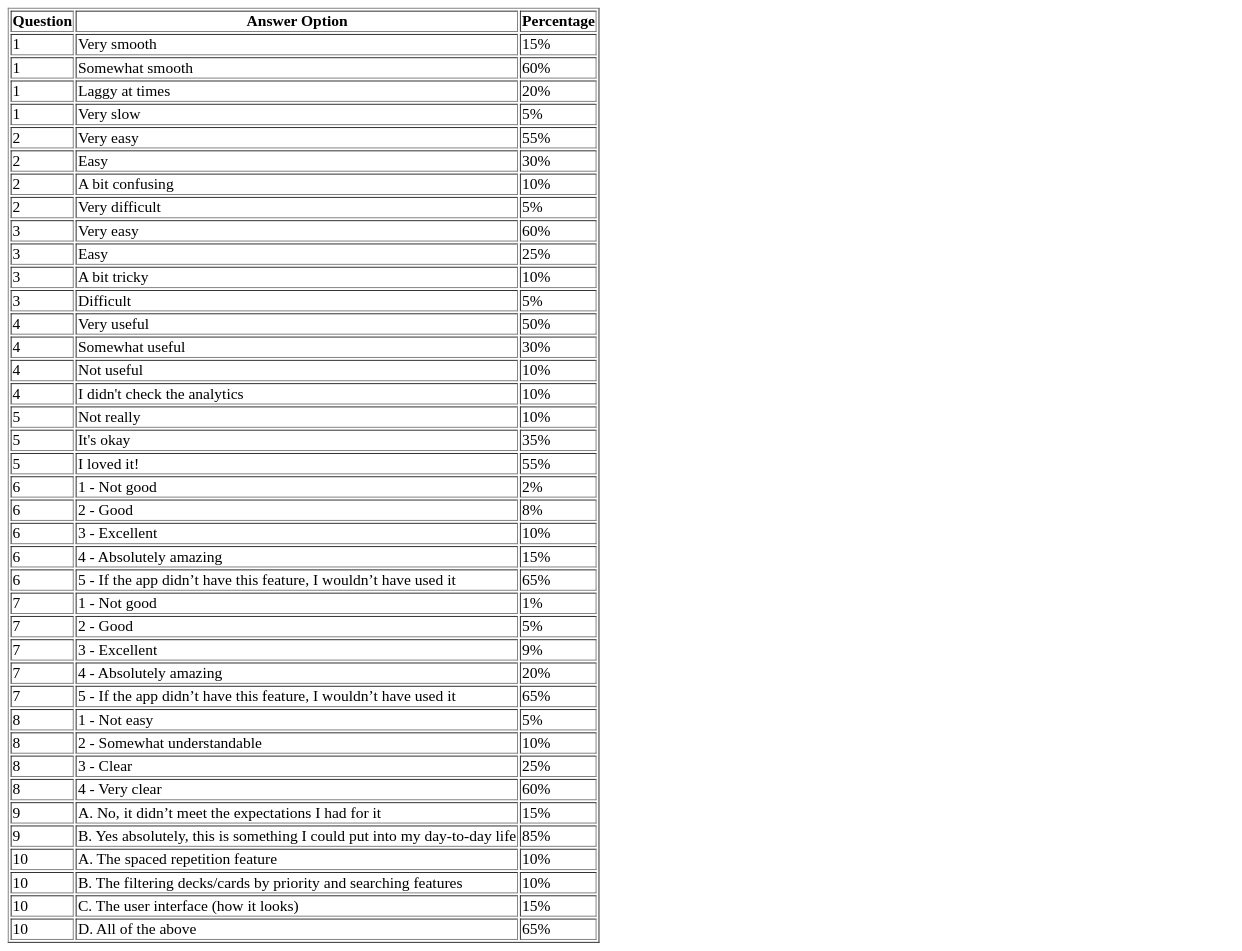
Repository: KetchupEater24/CS-NEA
Page: lol.html
The author's editor kept a copy of each file at every save. The page is drawn from the files as they stood at one save, then again after the next save.
The browser window is 1280 px wide. The pictures show the whole page, at 97% of full size.

Above is the page before, as saved 2025-04-26 02:54:49.

After the next save:
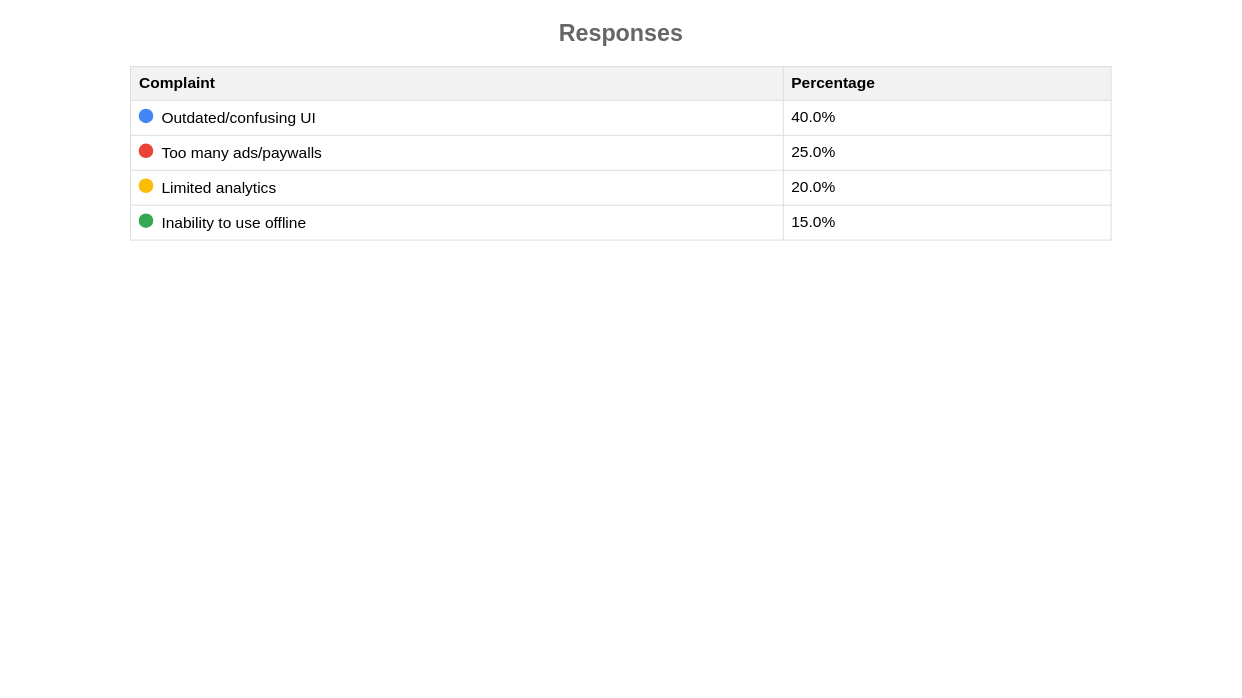
Saved 7 min 28 s later.
--- a/lol.html
+++ b/lol.html
@@ -1,69 +1,68 @@
-<table border="1">
+<!DOCTYPE html>
+<html lang="en">
+<head>
+  <meta charset="UTF-8">
+  <title>Survey Data - User Complaints</title>
+  <style>
+    table {
+      border-collapse: collapse;
+      width: 80%;
+      margin: 20px auto;
+      font-family: Arial, sans-serif;
+    }
+    th, td {
+      border: 1px solid #ddd;
+      padding: 8px;
+      text-align: left;
+    }
+    th {
+      background-color: #f2f2f2;
+    }
+    .color-indicator {
+      display: inline-block;
+      width: 15px;
+      height: 15px;
+      margin-right: 8px;
+      border-radius: 50%;
+    }
+    .blue { background-color: #4285F4; }
+    .red { background-color: #EA4335; }
+    .yellow { background-color: #FBBC05; }
+    .green { background-color: #34A853; }
+    h2 {
+      text-align: center;
+      color: #666;
+      font-family: Arial, sans-serif;
+    }
+  </style>
+</head>
+<body>
+  <h2>Responses</h2>
+  <table>
     <thead>
       <tr>
-        <th>Question</th>
-        <th>Answer Option</th>
+        <th>Complaint</th>
         <th>Percentage</th>
       </tr>
     </thead>
     <tbody>
-      <!-- Question 1 -->
-      <tr><td>1</td><td>Very smooth</td><td>15%</td></tr>
-      <tr><td>1</td><td>Somewhat smooth</td><td>60%</td></tr>
-      <tr><td>1</td><td>Laggy at times</td><td>20%</td></tr>
-      <tr><td>1</td><td>Very slow</td><td>5%</td></tr>
-
-      <!-- Question 2 -->
-      <tr><td>2</td><td>Very easy</td><td>55%</td></tr>
-      <tr><td>2</td><td>Easy</td><td>30%</td></tr>
-      <tr><td>2</td><td>A bit confusing</td><td>10%</td></tr>
-      <tr><td>2</td><td>Very difficult</td><td>5%</td></tr>
-
-      <!-- Question 3 -->
-      <tr><td>3</td><td>Very easy</td><td>60%</td></tr>
-      <tr><td>3</td><td>Easy</td><td>25%</td></tr>
-      <tr><td>3</td><td>A bit tricky</td><td>10%</td></tr>
-      <tr><td>3</td><td>Difficult</td><td>5%</td></tr>
-
-      <!-- Question 4 -->
-      <tr><td>4</td><td>Very useful</td><td>50%</td></tr>
-      <tr><td>4</td><td>Somewhat useful</td><td>30%</td></tr>
-      <tr><td>4</td><td>Not useful</td><td>10%</td></tr>
-      <tr><td>4</td><td>I didn't check the analytics</td><td>10%</td></tr>
-
-      <!-- Question 5 -->
-      <tr><td>5</td><td>Not really</td><td>10%</td></tr>
-      <tr><td>5</td><td>It's okay</td><td>35%</td></tr>
-      <tr><td>5</td><td>I loved it!</td><td>55%</td></tr>
-
-      <!-- Question 6 -->
-      <tr><td>6</td><td>1 - Not good</td><td>2%</td></tr>
-      <tr><td>6</td><td>2 - Good</td><td>8%</td></tr>
-      <tr><td>6</td><td>3 - Excellent</td><td>10%</td></tr>
-      <tr><td>6</td><td>4 - Absolutely amazing</td><td>15%</td></tr>
-      <tr><td>6</td><td>5 - If the app didn’t have this feature, I wouldn’t have used it</td><td>65%</td></tr>
-
-      <!-- Question 7 -->
-      <tr><td>7</td><td>1 - Not good</td><td>1%</td></tr>
-      <tr><td>7</td><td>2 - Good</td><td>5%</td></tr>
-      <tr><td>7</td><td>3 - Excellent</td><td>9%</td></tr>
-      <tr><td>7</td><td>4 - Absolutely amazing</td><td>20%</td></tr>
-      <tr><td>7</td><td>5 - If the app didn’t have this feature, I wouldn’t have used it</td><td>65%</td></tr>
-
-      <!-- Question 8 -->
-      <tr><td>8</td><td>1 - Not easy</td><td>5%</td></tr>
-      <tr><td>8</td><td>2 - Somewhat understandable</td><td>10%</td></tr>
-      <tr><td>8</td><td>3 - Clear</td><td>25%</td></tr>
-      <tr><td>8</td><td>4 - Very clear</td><td>60%</td></tr>
-
-      <!-- Question 9 -->
-      <tr><td>9</td><td>A. No, it didn’t meet the expectations I had for it</td><td>15%</td></tr>
-      <tr><td>9</td><td>B. Yes absolutely, this is something I could put into my day-to-day life</td><td>85%</td></tr>
-
-      <!-- Question 10 -->
-      <tr><td>10</td><td>A. The spaced repetition feature</td><td>10%</td></tr>
-      <tr><td>10</td><td>B. The filtering decks/cards by priority and searching features</td><td>10%</td></tr>
-      <tr><td>10</td><td>C. The user interface (how it looks)</td><td>15%</td></tr>
-      <tr><td>10</td><td>D. All of the above</td><td>65%</td></tr>
+      <tr>
+        <td><span class="color-indicator blue"></span>Outdated/confusing UI</td>
+        <td>40.0%</td>
+      </tr>
+      <tr>
+        <td><span class="color-indicator red"></span>Too many ads/paywalls</td>
+        <td>25.0%</td>
+      </tr>
+      <tr>
+        <td><span class="color-indicator yellow"></span>Limited analytics</td>
+        <td>20.0%</td>
+      </tr>
+      <tr>
+        <td><span class="color-indicator green"></span>Inability to use offline</td>
+        <td>15.0%</td>
+      </tr>
     </tbody>
   </table>
+</body>
+</html>
